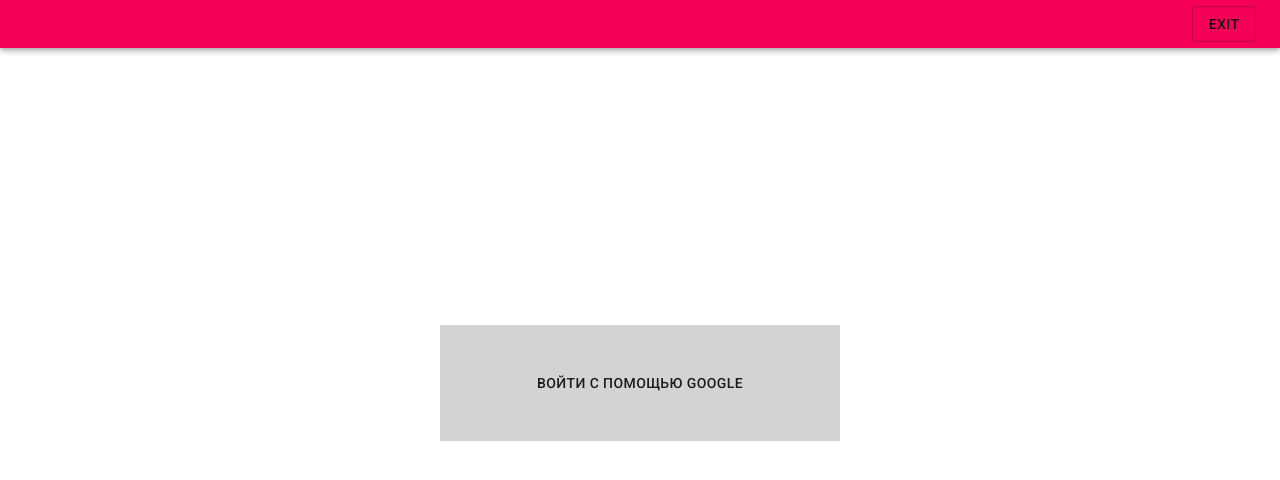
Repository: ezotop/react_firebase_chat
Page: /
An editor plug-in stored every save of this project. The page is shown before and after the next save, followed by the edit.
The browser window is 1280 px wide. The pictures show the whole page.
The project was rebuilt for these pictures with package versions that can differ from the ones it lists, and the page was loaded fresh each time. Also part of the build but not shown: src/component/Chat.js.

Above is the page before, as saved 2021-06-16 16:53:56.

After the next save:
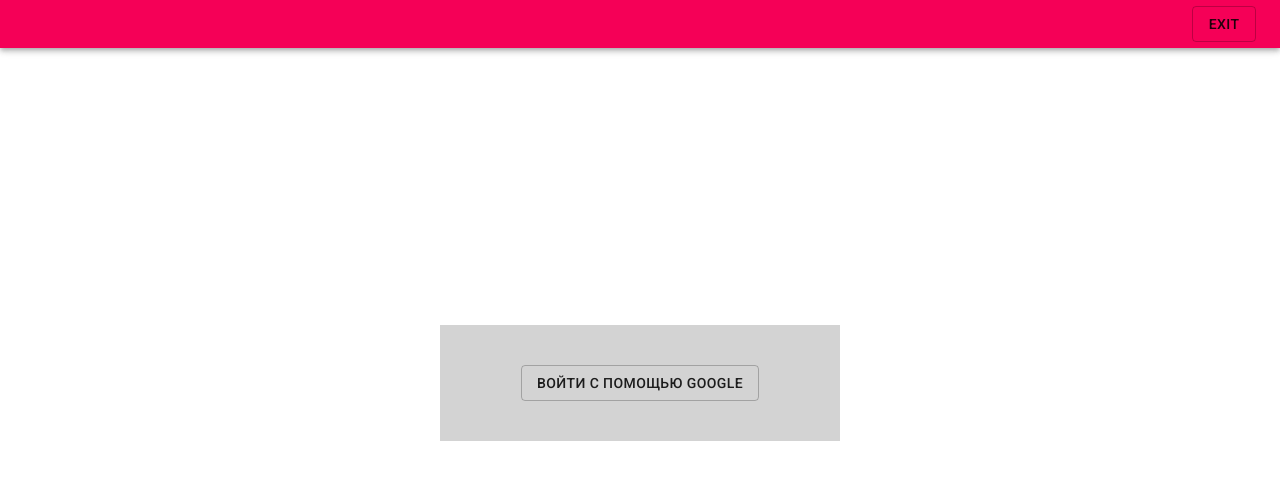
Saved 35 s later.
--- a/src/component/Login.js
+++ b/src/component/Login.js
@@ -17,7 +17,7 @@ const Login = () => {
                     direction={'column'}
                 >
                     <Box p={5}>
-                        <Button>Войти с помощью Google</Button>
+                        <Button variant={'outlined'}>Войти с помощью Google</Button>
                     </Box>
                 </Grid>
             </Grid>
